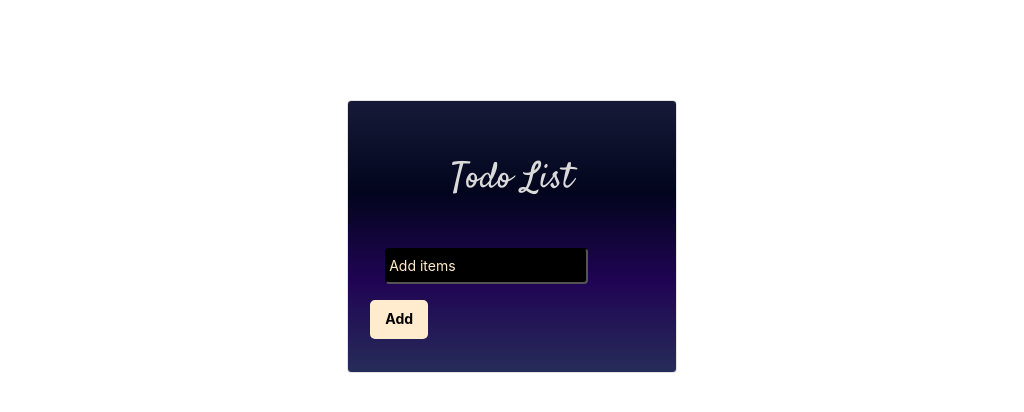
Repository: arpana23/Todo-list
Page: /
The author's editor kept a copy of each file at every save. The page is drawn from the files as they stood at one save, then again after the next save.
The browser window is 1024 px wide. The pictures show the whole page.
Some web libraries are served in a nearby version. The project was rebuilt for these pictures with package versions that can differ from the ones it lists, and the page was loaded fresh each time. Also part of the build but not shown: src/Todolist.js.

Above is the page before, as saved 2021-04-17 22:19:03.

After the next save:
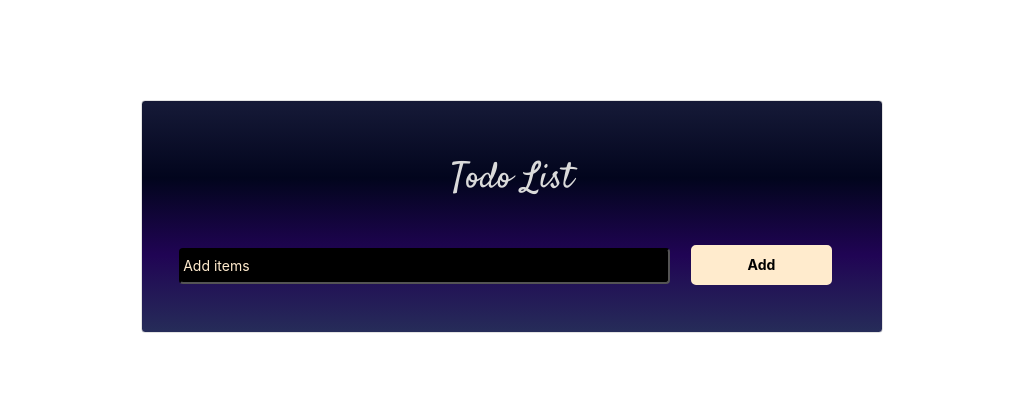
Saved 109 s later.
--- a/src/App.css
+++ b/src/App.css
@@ -211,3 +211,11 @@
   }
 
 }
+
+@media screen and (min-width: 993px) and (max-width: 1024px) {
+
+  .well {
+    width: 90%;
+  }
+
+}
